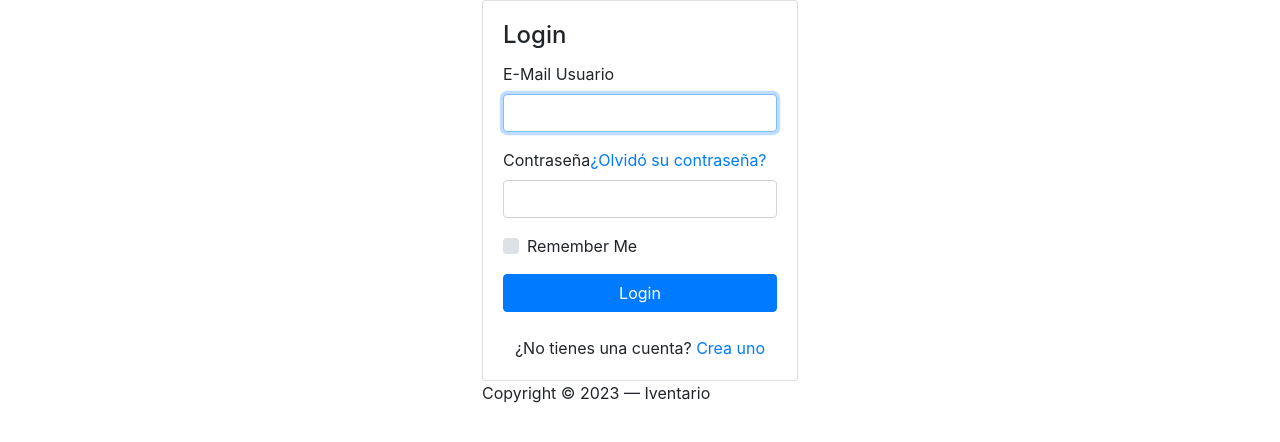
Repository: igmeMarcial/ProyectoLP-2023
Page: http://localhost/proyectoLP_2023/
These files come from the project's save history. The page is drawn as it stood at one moment and after the next save; the edit follows.
The browser window is 1280 px wide. The pictures show the whole page.
The page is served by Tomcat 9.

Above is the page before, as saved 2023-02-21 03:47:43.
Console error: TypeError: Cannot read properties of undefined (reading 'fn')

After the next save:
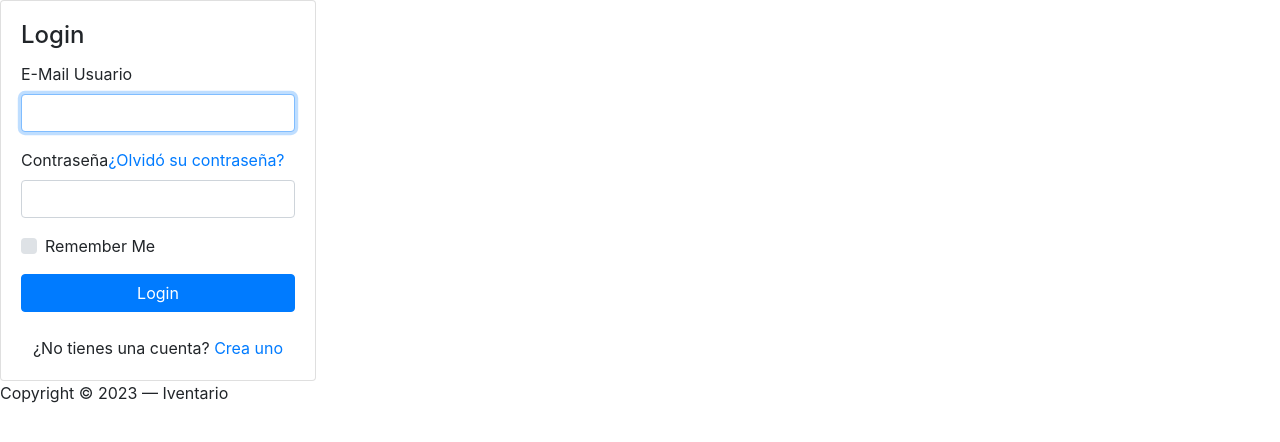
Saved 46 s later.
--- a/proyectoLP_2023/WebContent/index.jsp
+++ b/proyectoLP_2023/WebContent/index.jsp
@@ -8,7 +8,7 @@
 <script src="https://cdn.jsdelivr.net/npm/bootstrap@4.0.0/dist/js/bootstrap.min.js" integrity="sha384-JZR6Spejh4U02d8jOt6vLEHfe/JQGiRRSQQxSfFWpi1MquVdAyjUar5+76PVCmYl" crossorigin="anonymous"></script>
 <title>Login</title>
 </head>
-<body style="background-color: '#f7f9fb'" class="m-0  h-100 d-inline-block row d-flex justify-content-center align-items-center">
+<body style="background-color: '#f7f9fb'" class="m-0  h-100 d-inline-block ">
 	<div class="auth ">
 		 <div class="auth__body">
     	<div class="card fat">

After the save that followed:
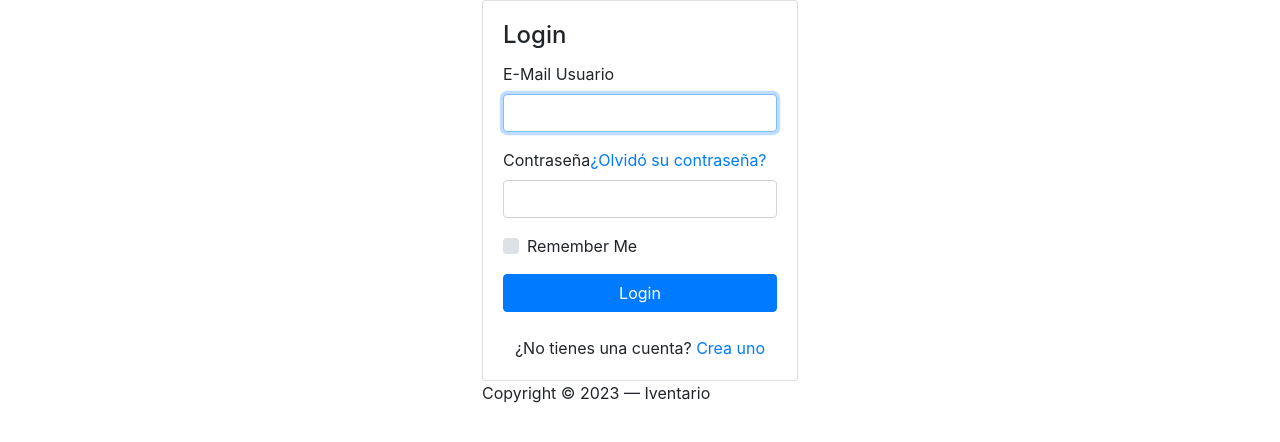
Saved 16 s later.
--- a/proyectoLP_2023/WebContent/index.jsp
+++ b/proyectoLP_2023/WebContent/index.jsp
@@ -8,7 +8,7 @@
 <script src="https://cdn.jsdelivr.net/npm/bootstrap@4.0.0/dist/js/bootstrap.min.js" integrity="sha384-JZR6Spejh4U02d8jOt6vLEHfe/JQGiRRSQQxSfFWpi1MquVdAyjUar5+76PVCmYl" crossorigin="anonymous"></script>
 <title>Login</title>
 </head>
-<body style="background-color: '#f7f9fb'" class="m-0  h-100 d-inline-block ">
+<body style="background-color: '#f7f9fb'" class="m-0  h-100 d-flex justify-content-center align-items-center">
 	<div class="auth ">
 		 <div class="auth__body">
     	<div class="card fat">
